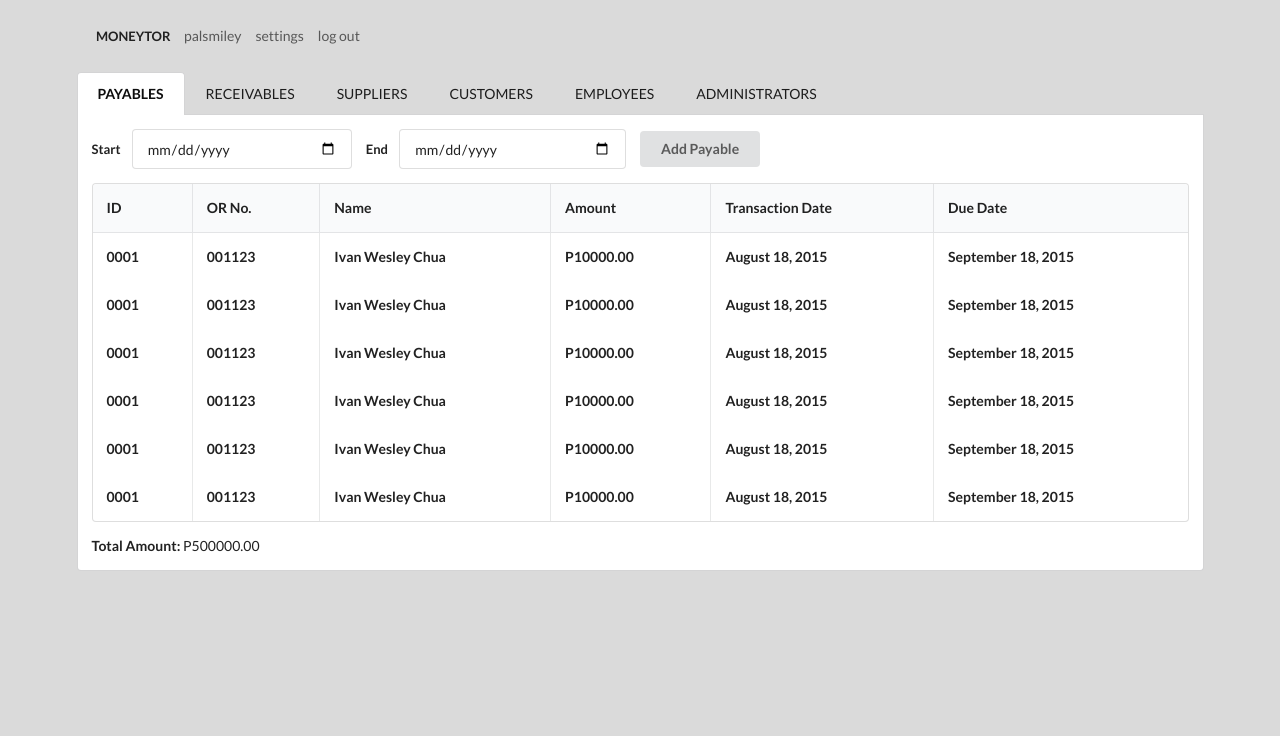
Repository: TV5/MoneyTor
Page: Workspace/MoneyTor/war/main.html
The author's editor kept a copy of each file at every save. The page is drawn from the files as they stood at one save, then again after the next save.
The browser window is 1280 px wide. The pictures show the whole page.

Above is the page before, as saved 2015-08-18 10:09:05.

### Workspace/MoneyTor/war/main.html
<!DOCTYPE html>
<html>
<head>
  <!-- Standard Meta -->
  <meta charset="utf-8" />
  <meta http-equiv="X-UA-Compatible" content="IE=edge,chrome=1" />
  <meta name="viewport" content="width=device-width, initial-scale=1.0, maximum-scale=1.0">

  <!-- Site Properities -->
  <title>Main Page</title>
  <link rel="stylesheet" type="text/css" href="../dist/components/reset.css">
  <link rel="stylesheet" type="text/css" href="../dist/components/site.css">

  <link rel="stylesheet" type="text/css" href="../dist/components/container.css">
  <link rel="stylesheet" type="text/css" href="../dist/components/grid.css">
  <link rel="stylesheet" type="text/css" href="../dist/components/header.css">
  <link rel="stylesheet" type="text/css" href="../dist/components/image.css">
  <link rel="stylesheet" type="text/css" href="../dist/components/menu.css">

  <link rel="stylesheet" type="text/css" href="../dist/components/divider.css">
  <link rel="stylesheet" type="text/css" href="../dist/components/segment.css">
  <link rel="stylesheet" type="text/css" href="../dist/components/form.css">
  <link rel="stylesheet" type="text/css" href="../dist/components/input.css">
  <link rel="stylesheet" type="text/css" href="../dist/components/button.css">
  <link rel="stylesheet" type="text/css" href="../dist/components/list.css">
  <link rel="stylesheet" type="text/css" href="../dist/components/message.css">
  <link rel="stylesheet" type="text/css" href="../dist/components/icon.css">
  <link rel="stylesheet" type="text/css" href="../dist/components/tab.min.css">
  <link rel="stylesheet" type="text/css" href="../dist/components/table.min.css">
  <script src="assets/library/jquery.min.js"></script>
  <script src="../dist/components/form.js"></script>
  <script src="../dist/components/transition.js"></script>
  <script src="../dist/components/tab.min.js"></script>

  <style type="text/css">
    body {
      background-color: #DADADA;
    }
    body > .grid {
      height: 100%;
    }
    .image {
      margin-top: -100px;
    }
    .column {
      max-width: 450px;
    }
    .firstmenu {
    	padding-left: 20px;
    	padding-right: 20px;
    	padding-top: 0px;
    }
  </style>
</head>
<body>


<div class="ui container">
	<div class="ui text menu firstmenu" width="100%">
	  <div class="header item">MONEYTOR</div>
	  <a class="item">
	    palsmiley
	  </a>
	  <a class="item">
	    settings
	  </a>
	  <a class="item" style="float:right">
	    log out
	  </a>
	</div>
	<div class="ui top attached tabular menu">
	  <a class="active item">
	    PAYABLES
	  </a>
	  <a class="item">
	    RECEIVABLES
	  </a>
	  <a class="item">
	    SUPPLIERS
	  </a>
	  <a class="item">
	    CUSTOMERS
	  </a>
	  <a class="item">
	    EMPLOYEES
	  </a>
	  <a class="item">
	    ADMINISTRATORS
	  </a>
	</div>

	<div class="ui bottom attached active tab segment">
	  <div class="ui form">
	  <div class="inline fields">
	    <div class="four wide field">
	      <label>Start</label>
	      <input type="date">
	    </div>
	    <div class="four wide field">
	      <label>End</label>
	      <input type="date">
	    </div>
	    <div class="three wide feild" style="float:right">
	      <button class="ui button">Add Payable</button>
	    </div>
	  </div>
	  </div>

	  <table class="ui celled padded table">
	  <thead>
	    <tr>
	    <th>ID</th>
	    <th>OR No.</th>
	    <th>Name</th>
	    <th>Amount</th>
	    <th>Transaction Date</th>
	    <th>Due Date</th>
	  	</tr>
	  </thead>
	  <tbody>
	  	<tr>
	    <th>0001</th>
	    <th>001123</th>
	    <th>Ivan Wesley Chua</th>
	    <th>P10000.00</th>
	    <th>August 18, 2015</th>
	    <th>September 18, 2015</th>
	  	</tr>
	  	<tr>
	    <th>0001</th>
	    <th>001123</th>
	    <th>Ivan Wesley Chua</th>
	    <th>P10000.00</th>
	    <th>August 18, 2015</th>
	    <th>September 18, 2015</th>
	  	</tr>
	  	<tr>
	    <th>0001</th>
	    <th>001123</th>
	    <th>Ivan Wesley Chua</th>
	    <th>P10000.00</th>
	    <th>August 18, 2015</th>
	    <th>September 18, 2015</th>
	  	</tr>
	  	<tr>
	    <th>0001</th>
	    <th>001123</th>
	    <th>Ivan Wesley Chua</th>
	    <th>P10000.00</th>
	    <th>August 18, 2015</th>
	    <th>September 18, 2015</th>
	  	</tr>
	  	<tr>
	    <th>0001</th>
	    <th>001123</th>
	    <th>Ivan Wesley Chua</th>
	    <th>P10000.00</th>
	    <th>August 18, 2015</th>
	    <th>September 18, 2015</th>
	  	</tr>
	  	<tr>
	    <th>0001</th>
	    <th>001123</th>
	    <th>Ivan Wesley Chua</th>
	    <th>P10000.00</th>
	    <th>August 18, 2015</th>
	    <th>September 18, 2015</th>
	  	</tr>
	  </tbody>
	  </table>
	<div class="ui bottom attached text"><b>Total Amount: </b> P500000.00</div>
	</div>
</div>

</body>

</html>

### Workspace/MoneyTor/war/dist/components/site.css
/*!
 * # Semantic UI 2.0.8 - Site
 * http://github.com/semantic-org/semantic-ui/
 *
 *
 * Copyright 2015 Contributors
 * Released under the MIT license
 * http://opensource.org/licenses/MIT
 *
 */


/*******************************
             Page
*******************************/

@import url('https://fonts.googleapis.com/css?family=Lato:400,700,400italic,700italic&subset=latin');
html,
body {
  height: 100%;
}
html {
  font-size: 14px;
}
body {
  margin: 0px;
  padding: 0px;
  overflow-x: hidden;
  min-width: 320px;
  background: #ffffff;
  font-family: 'Lato', 'Helvetica Neue', Arial, Helvetica, sans-serif;
  font-size: 14px;
  line-height: 1.4285em;
  color: rgba(0, 0, 0, 0.87);
  font-smoothing: antialiased;
}


/*******************************
             Headers
*******************************/

h1,
h2,
h3,
h4,
h5 {
  font-family: 'Lato', 'Helvetica Neue', Arial, Helvetica, sans-serif;
  line-height: 1.2857em;
  margin: calc(2rem -  0.14285em ) 0em 1rem;
  font-weight: bold;
  padding: 0em;
}
h1 {
  min-height: 1rem;
  font-size: 2rem;
}
h2 {
  font-size: 1.714rem;
}
h3 {
  font-size: 1.28rem;
}
h4 {
  font-size: 1.071rem;
}
h5 {
  font-size: 1rem;
}
h1:first-child,
h2:first-child,
h3:first-child,
h4:first-child,
h5:first-child {
  margin-top: 0em;
}
h1:last-child,
h2:last-child,
h3:last-child,
h4:last-child,
h5:last-child {
  margin-bottom: 0em;
}


/*******************************
             Text
*******************************/

p {
  margin: 0em 0em 1em;
  line-height: 1.4285em;
}
p:first-child {
  margin-top: 0em;
}
p:last-child {
  margin-bottom: 0em;
}

/*-------------------
        Links
--------------------*/

a {
  color: #4183c4;
  text-decoration: none;
}
a:hover {
  color: #1e70bf;
  text-decoration: none;
}


/*******************************
          Highlighting
*******************************/


/* Site */
::-webkit-selection {
  background-color: #cce2ff;
  color: rgba(0, 0, 0, 0.87);
}
::-moz-selection {
  background-color: #cce2ff;
  color: rgba(0, 0, 0, 0.87);
}
::selection {
  background-color: #cce2ff;
  color: rgba(0, 0, 0, 0.87);
}

/* Form */
textarea::-webkit-selection,
input::-webkit-selection {
  background-color: rgba(100, 100, 100, 0.4);
  color: rgba(0, 0, 0, 0.87);
}
textarea::-moz-selection,
input::-moz-selection {
  background-color: rgba(100, 100, 100, 0.4);
  color: rgba(0, 0, 0, 0.87);
}
textarea::selection,
input::selection {
  background-color: rgba(100, 100, 100, 0.4);
  color: rgba(0, 0, 0, 0.87);
}


/*******************************
        Global Overrides
*******************************/



/*******************************
         Site Overrides
*******************************/

### Workspace/MoneyTor/war/dist/components/container.css
/*!
 * # Semantic UI 2.0.8 - Container
 * http://github.com/semantic-org/semantic-ui/
 *
 *
 * Copyright 2015 Contributors
 * Released under the MIT license
 * http://opensource.org/licenses/MIT
 *
 */


/*******************************
            Container
*******************************/


/* All Sizes */
.ui.container {
  display: block;
  max-width: 100% !important;
}

/* Mobile */
@media only screen and (max-width: 767px) {
  .ui.container {
    width: auto;
    margin-left: 1em !important;
    margin-right: 1em !important;
  }
  .ui.grid.container {
    width: auto !important;
  }
}

/* Tablet */
@media only screen and (min-width: 768px) and (max-width: 991px) {
  .ui.container {
    width: 723px;
    margin-left: auto !important;
    margin-right: auto !important;
  }
  .ui.grid.container {
    width: calc( 723px  +  2em ) !important;
  }
}

/* Small Monitor */
@media only screen and (min-width: 992px) and (max-width: 1199px) {
  .ui.container {
    width: 933px;
    margin-left: auto !important;
    margin-right: auto !important;
  }
  .ui.grid.container {
    width: calc( 933px  +  2em ) !important;
  }
}

/* Large Monitor */
@media only screen and (min-width: 1200px) {
  .ui.container {
    width: 1127px;
    margin-left: auto !important;
    margin-right: auto !important;
  }
  .ui.grid.container {
    width: calc( 1127px  +  2em ) !important;
  }
}


/*******************************
             Types
*******************************/


/* Text Container */
.ui.text.container {
  font-family: 'Lato', 'Helvetica Neue', Arial, Helvetica, sans-serif;
  max-width: 700px !important;
  line-height: 1.5;
}
.ui.text.container {
  font-size: 1.14285714rem;
}

/* Fluid */
.ui.fluid.container {
  width: 100%;
}


/*******************************
           Variations
*******************************/

.ui[class*="left aligned"].container {
  text-align: left;
}
.ui[class*="center aligned"].container {
  text-align: center;
}
.ui[class*="right aligned"].container {
  text-align: right;
}
.ui.justified.container {
  text-align: justify;
  -webkit-hyphens: auto;
     -moz-hyphens: auto;
      -ms-hyphens: auto;
          hyphens: auto;
}


/*******************************
         Theme Overrides
*******************************/



/*******************************
         Site Overrides
*******************************/

### Workspace/MoneyTor/war/dist/components/image.css
/*!
 * # Semantic UI 2.0.8 - Image
 * http://github.com/semantic-org/semantic-ui/
 *
 *
 * Copyright 2015 Contributors
 * Released under the MIT license
 * http://opensource.org/licenses/MIT
 *
 */


/*******************************
             Image
*******************************/

.ui.image {
  position: relative;
  display: inline-block;
  vertical-align: middle;
  max-width: 100%;
  background-color: transparent;
}
img.ui.image {
  display: block;
}
.ui.image svg,
.ui.image img {
  display: block;
  max-width: 100%;
  height: auto;
}


/*******************************
            States
*******************************/

.ui.hidden.images,
.ui.hidden.image {
  display: none;
}
.ui.disabled.images,
.ui.disabled.image {
  cursor: default;
  opacity: 0.45;
}


/*******************************
          Variations
*******************************/


/*--------------
     Inline
---------------*/

.ui.inline.image,
.ui.inline.image svg,
.ui.inline.image img {
  display: inline-block;
}

/*------------------
  Vertical Aligned
-------------------*/

.ui.top.aligned.images .image,
.ui.top.aligned.image,
.ui.top.aligned.image svg,
.ui.top.aligned.image img {
  display: inline-block;
  vertical-align: top;
}
.ui.middle.aligned.images .image,
.ui.middle.aligned.image,
.ui.middle.aligned.image svg,
.ui.middle.aligned.image img {
  display: inline-block;
  vertical-align: middle;
}
.ui.bottom.aligned.images .image,
.ui.bottom.aligned.image,
.ui.bottom.aligned.image svg,
.ui.bottom.aligned.image img {
  display: inline-block;
  vertical-align: bottom;
}

/*--------------
     Rounded
---------------*/

.ui.rounded.images .image,
.ui.rounded.image,
.ui.rounded.images .image > *,
.ui.rounded.image > * {
  border-radius: 0.3125em;
}

/*--------------
    Bordered
---------------*/

.ui.bordered.images .image,
.ui.bordered.images img,
.ui.bordered.images svg,
.ui.bordered.image img,
.ui.bordered.image svg,
img.ui.bordered.image {
  border: 1px solid rgba(0, 0, 0, 0.1);
}

/*--------------
    Circular
---------------*/

.ui.circular.images,
.ui.circular.image {
  overflow: hidden;
}
.ui.circular.images .image,
.ui.circular.image,
.ui.circular.images .image > *,
.ui.circular.image > * {
  border-radius: 500rem;
}

/*--------------
     Fluid
---------------*/

.ui.fluid.images,
.ui.fluid.image,
.ui.fluid.images img,
.ui.fluid.images svg,
.ui.fluid.image svg,
.ui.fluid.image img {
  display: block;
  width: 100%;
  height: auto;
}

/*--------------
     Avatar
---------------*/

.ui.avatar.images .image,
.ui.avatar.images img,
.ui.avatar.images svg,
.ui.avatar.image img,
.ui.avatar.image svg,
.ui.avatar.image {
  margin-right: 0.25em;
  display: inline-block;
  width: 2em;
  height: 2em;
  border-radius: 500rem;
}

/*-------------------
       Spaced
--------------------*/

.ui.spaced.image {
  display: inline-block !important;
  margin-left: 0.5em;
  margin-right: 0.5em;
}
.ui[class*="left spaced"].image {
  margin-left: 0.5em;
  margin-right: 0em;
}
.ui[class*="right spaced"].image {
  margin-left: 0em;
  margin-right: 0.5em;
}

/*-------------------
       Floated
--------------------*/

.ui.floated.image,
.ui.floated.images {
  float: left;
  margin-right: 1em;
  margin-bottom: 1em;
}
.ui.right.floated.images,
.ui.right.floated.image {
  float: right;
  margin-right: 0em;
  margin-bottom: 1em;
  margin-left: 1em;
}
.ui.floated.images:last-child,
.ui.floated.image:last-child {
  margin-bottom: 0em;
}
.ui.centered.images,
.ui.centered.image {
  margin-left: auto;
  margin-right: auto;
}

/*--------------
     Sizes
---------------*/

.ui.mini.images .image,
.ui.mini.images img,
.ui.mini.images svg,
.ui.mini.image {
  width: 35px;
  height: auto;
  font-size: 0.71428571rem;
}
.ui.tiny.images .image,
.ui.tiny.images img,
.ui.tiny.images svg,
.ui.tiny.image {
  width: 80px;
  height: auto;
  font-size: 0.85714286rem;
}
.ui.small.images .image,
.ui.small.images img,
.ui.small.images svg,
.ui.small.image {
  width: 150px;
  height: auto;
  font-size: 0.92857143rem;
}
.ui.medium.images .image,
.ui.medium.images img,
.ui.medium.images svg,
.ui.medium.image {
  width: 300px;
  height: auto;
  font-size: 1rem;
}
.ui.large.images .image,
.ui.large.images img,
.ui.large.images svg,
.ui.large.image {
  width: 450px;
  height: auto;
  font-size: 1.14285714rem;
}
.ui.big.images .image,
.ui.big.images img,
.ui.big.images svg,
.ui.big.image {
  width: 600px;
  height: auto;
  font-size: 1.28571429rem;
}
.ui.huge.images .image,
.ui.huge.images img,
.ui.huge.images svg,
.ui.huge.image {
  width: 800px;
  height: auto;
  font-size: 1.42857143rem;
}
.ui.massive.images .image,
.ui.massive.images img,
.ui.massive.images svg,
.ui.massive.image {
  width: 960px;
  height: auto;
  font-size: 1.71428571rem;
}


/*******************************
              Groups
*******************************/

.ui.images {
  font-size: 0em;
  margin: 0em -0.25rem 0rem;
}
.ui.images .image,
.ui.images img,
.ui.images svg {
  display: inline-block;
  margin: 0em 0.25rem 0.5rem;
}


/*******************************
         Theme Overrides
*******************************/



/*******************************
         Site Overrides
*******************************/

### Workspace/MoneyTor/war/dist/components/divider.css
/*!
 * # Semantic UI 2.0.8 - Divider
 * http://github.com/semantic-org/semantic-ui/
 *
 *
 * Copyright 2015 Contributors
 * Released under the MIT license
 * http://opensource.org/licenses/MIT
 *
 */


/*******************************
            Divider
*******************************/

.ui.divider {
  margin: 1rem 0rem;
  line-height: 1;
  height: 0em;
  font-weight: bold;
  text-transform: uppercase;
  letter-spacing: 0.05em;
  color: rgba(0, 0, 0, 0.85);
  -webkit-user-select: none;
     -moz-user-select: none;
      -ms-user-select: none;
          user-select: none;
  -webkit-tap-highlight-color: rgba(0, 0, 0, 0);
}

/*--------------
      Basic
---------------*/

.ui.divider:not(.vertical):not(.horizontal) {
  border-top: 1px solid rgba(34, 36, 38, 0.15);
  border-bottom: 1px solid rgba(255, 255, 255, 0.1);
}

/*--------------
    Coupling
---------------*/

.ui.grid > .ui.divider {
  font-size: 1rem;
}

/*--------------
   Horizontal
---------------*/

.ui.horizontal.divider {
  display: table;
  white-space: nowrap;
  height: auto;
  margin: '';
  overflow: hidden;
  line-height: 1;
  text-align: center;
}
.ui.horizontal.divider:before,
.ui.horizontal.divider:after {
  content: '';
  display: table-cell;
  position: relative;
  top: 50%;
  width: 50%;
  background-repeat: no-repeat;
}
.ui.horizontal.divider:before {
  background-position: right 1em top 50%;
}
.ui.horizontal.divider:after {
  background-position: left 1em top 50%;
}

/*--------------
    Vertical
---------------*/

.ui.vertical.divider {
  position: absolute;
  z-index: 2;
  top: 50%;
  left: 50%;
  margin: 0rem;
  padding: 0em;
  width: auto;
  height: 50%;
  line-height: 0em;
  text-align: center;
  -webkit-transform: translateX(-50%);
      -ms-transform: translateX(-50%);
          transform: translateX(-50%);
}
.ui.vertical.divider:before,
.ui.vertical.divider:after {
  position: absolute;
  left: 50%;
  content: '';
  z-index: 3;
  border-left: 1px solid rgba(34, 36, 38, 0.15);
  border-right: 1px solid rgba(255, 255, 255, 0.1);
  width: 0%;
  height: calc(100% -  1rem );
}
.ui.vertical.divider:before {
  top: -100%;
}
.ui.vertical.divider:after {
  top: auto;
  bottom: 0px;
}

/* Inside grid */
@media only screen and (max-width: 767px) {
  .ui.stackable.grid .ui.vertical.divider,
  .ui.grid .stackable.row .ui.vertical.divider {
    display: table;
    white-space: nowrap;
    height: auto;
    margin: '';
    overflow: hidden;
    line-height: 1;
    text-align: center;
    position: static;
    top: 0;
    left: 0;
    -webkit-transform: none;
        -ms-transform: none;
            transform: none;
  }
  .ui.stackable.grid .ui.vertical.divider:before,
  .ui.grid .stackable.row .ui.vertical.divider:before,
  .ui.stackable.grid .ui.vertical.divider:after,
  .ui.grid .stackable.row .ui.vertical.divider:after {
    position: static;
    left: 0;
    border-left: none;
    border-right: none;
    content: '';
    display: table-cell;
    position: relative;
    top: 50%;
    width: 50%;
    background-repeat: no-repeat;
  }
  .ui.stackable.grid .ui.vertical.divider:before,
  .ui.grid .stackable.row .ui.vertical.divider:before {
    background-position: right 1em top 50%;
  }
  .ui.stackable.grid .ui.vertical.divider:after,
  .ui.grid .stackable.row .ui.vertical.divider:after {
    background-position: left 1em top 50%;
  }
}

/*--------------
      Icon
---------------*/

.ui.divider > .icon {
  margin: 0rem;
  font-size: 1rem;
  height: 1em;
  vertical-align: middle;
}


/*******************************
          Variations
*******************************/


/*--------------
    Hidden
---------------*/

.ui.hidden.divider {
  border-color: transparent !important;
}
.ui.hidden.divider:before,
.ui.hidden.divider:after {
  display: none;
}

/*--------------
    Inverted
---------------*/

.ui.divider.inverted,
.ui.vertical.inverted.divider,
.ui.horizontal.inverted.divider {
  color: #ffffff;
}
.ui.divider.inverted,
.ui.divider.inverted:after,
.ui.divider.inverted:before {
  border-top-color: rgba(34, 36, 38, 0.15) !important;
  border-left-color: rgba(34, 36, 38, 0.15) !important;
  border-bottom-color: rgba(255, 255, 255, 0.15) !important;
  border-right-color: rgba(255, 255, 255, 0.15) !important;
}

/*--------------
    Fitted
---------------*/

.ui.fitted.divider {
  margin: 0em;
}

/*--------------
    Clearing
---------------*/

.ui.clearing.divider {
  clear: both;
}

/*--------------
    Section
---------------*/

.ui.section.divider {
  margin-top: 2rem;
  margin-bottom: 2rem;
}

/*--------------
     Sizes
---------------*/

.ui.divider {
  font-size: 1rem;
}


/*******************************
         Theme Overrides
*******************************/

.ui.horizontal.divider:before,
.ui.horizontal.divider:after {
  background-image: url('data:[embedded picture, 1302 characters]');
}
@media only screen and (max-width: 767px) {
  .ui.stackable.grid .ui.vertical.divider:before,
  .ui.grid .stackable.row .ui.vertical.divider:before,
  .ui.stackable.grid .ui.vertical.divider:after,
  .ui.grid .stackable.row .ui.vertical.divider:after {
    background-image: url('data:[embedded picture, 1302 characters]');
  }
}


/*******************************
         Site Overrides
*******************************/

Loaded but not shown: Workspace/MoneyTor/war/dist/components/tab.min.css (common file); Workspace/MoneyTor/war/dist/components/table.min.css (library); Workspace/MoneyTor/war/assets/library/jquery.min.js (library); Workspace/MoneyTor/war/dist/components/tab.min.js (library); Workspace/MoneyTor/war/dist/components/form.js (1308 lines, source omitted); Workspace/MoneyTor/war/dist/components/transition.js (1072 lines, source omitted); Workspace/MoneyTor/war/dist/components/button.css (3230 lines, source omitted); Workspace/MoneyTor/war/dist/components/grid.css (1879 lines, source omitted); Workspace/MoneyTor/war/dist/components/icon.css (2601 lines, source omitted); Workspace/MoneyTor/war/dist/components/menu.css (1891 lines, source omitted); Workspace/MoneyTor/war/dist/components/form.css (994 lines, source omitted); Workspace/MoneyTor/war/dist/components/list.css (923 lines, source omitted); Workspace/MoneyTor/war/dist/components/segment.css (751 lines, source omitted); Workspace/MoneyTor/war/dist/components/header.css (721 lines, source omitted); Workspace/MoneyTor/war/dist/components/input.css (486 lines, source omitted); Workspace/MoneyTor/war/dist/components/message.css (462 lines, source omitted); Workspace/MoneyTor/war/dist/components/reset.css (423 lines, source omitted)

After the next save:
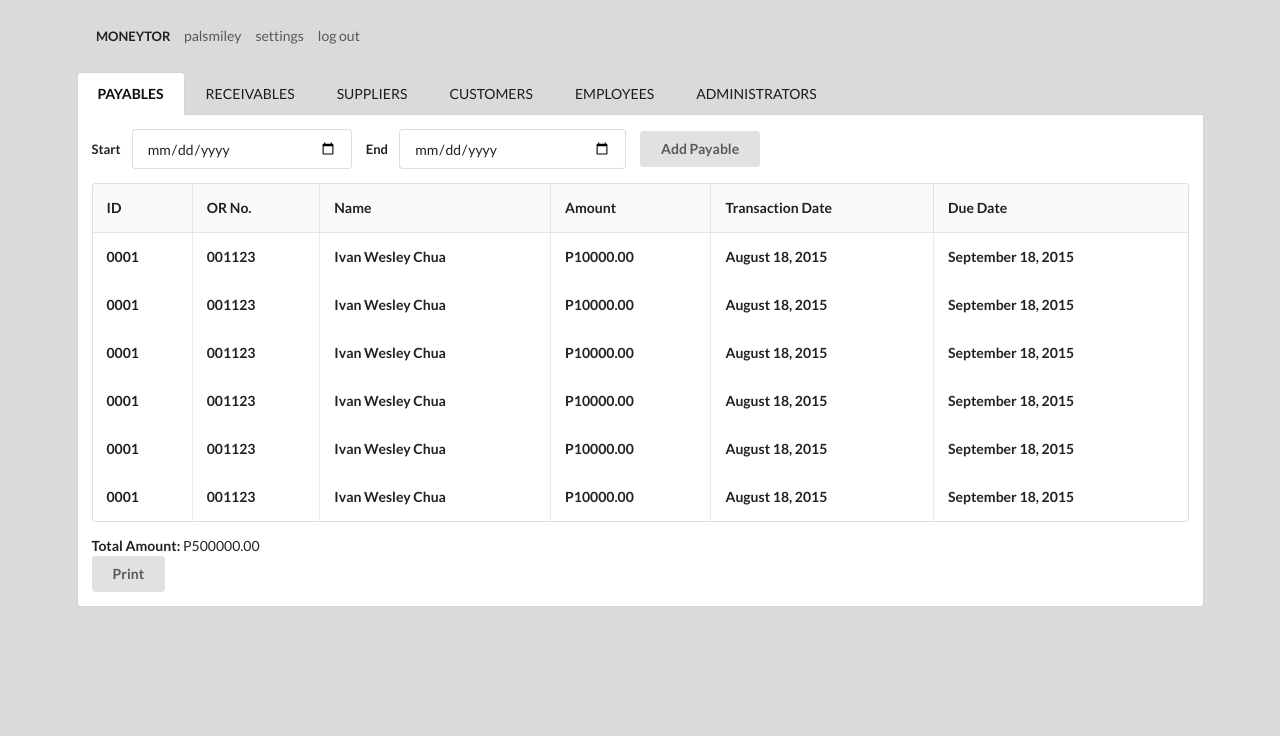
Saved 20 s later.
--- a/Workspace/MoneyTor/war/main.html
+++ b/Workspace/MoneyTor/war/main.html
@@ -169,6 +169,7 @@
 	  </tbody>
 	  </table>
 	<div class="ui bottom attached text"><b>Total Amount: </b> P500000.00</div>
+	<button class="ui button">Print</button>
 	</div>
 </div>
 
